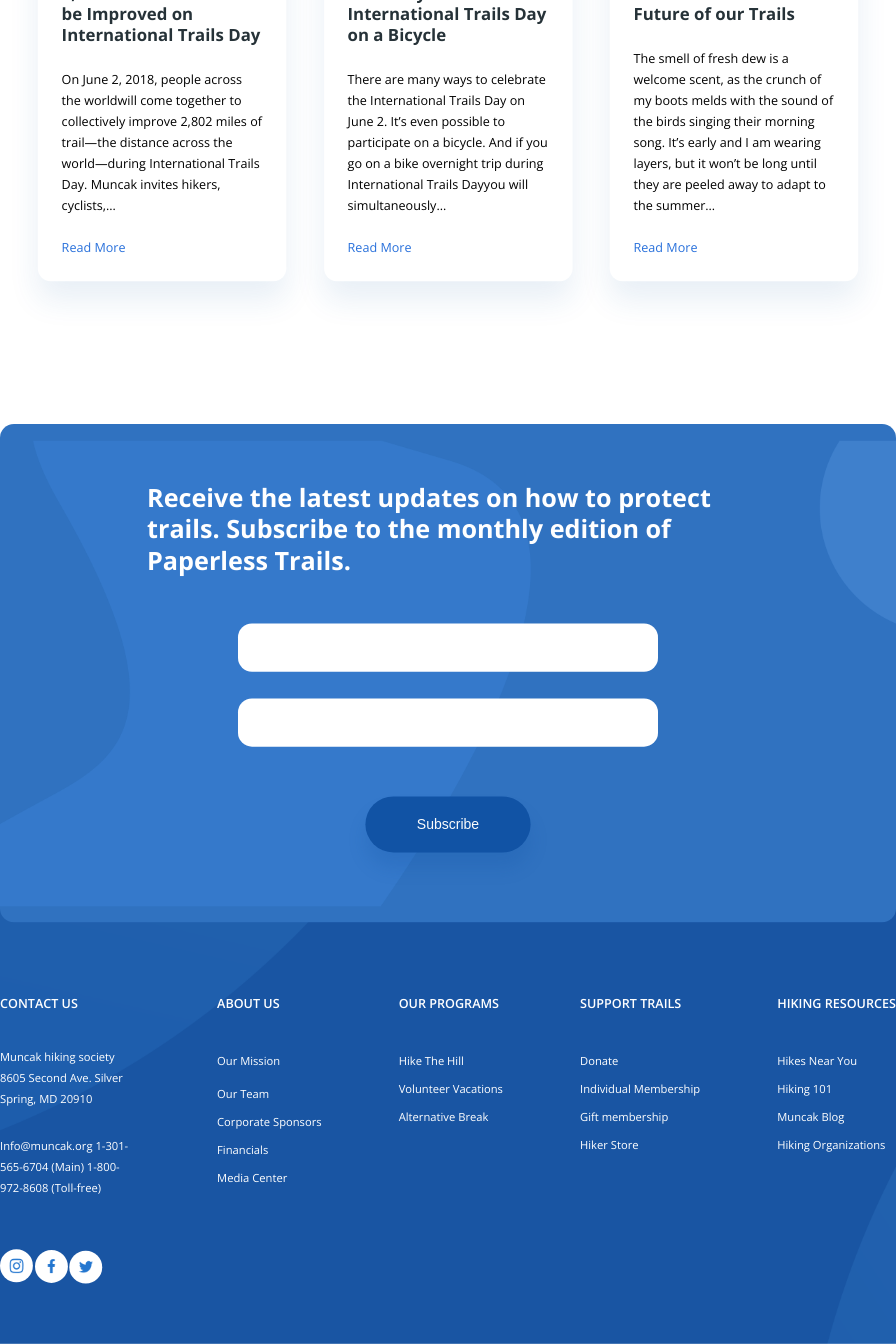
Repository: huubinh98/Project
Page: muncak/index.html
These files come from the project's save history. The page is drawn as it stood at one moment and after the next save; the edit follows.
The browser window is 1280 px wide. The pictures show the part of the page from y = 3904 to 5824 px (the page is 5824 px tall), at 70% of full size.
The pointer rests on the first visible `.btn-contact`.

Above is the page before, as saved 2021-08-28 23:59:01.

### muncak/index.html
<!DOCTYPE html>
<html lang="en">

<head>
    <meta charset="UTF-8">
    <meta http-equiv="X-UA-Compatible" content="IE=edge">
    <meta name="viewport" content="width=device-width, initial-scale=1.0">
    <link rel="stylesheet" href="./style.css">
    <link rel="preconnect" href="https://fonts.googleapis.com">
    <link rel="preconnect" href="https://fonts.gstatic.com" crossorigin>
    <link href="https://fonts.googleapis.com/css2?family=Open+Sans:wght@300;400;600;700&display=swap" rel="stylesheet">
    <title>Muncak</title>
</head>

<body>
    <header class="header">
        <div class="container header-nav">
            <h1 class="logo"><a href="" class="logo-link"><img src="./image/Muncak.png" alt="" class="logo-img"></a>
            </h1>
            <ul class="nav-list">
                <li class="nav-item">
                    <a href="" class="nav-item-link">Home</a>
                </li>
                <li class="nav-item">
                    <a href="" class="nav-item-link">Go Hiking</a>
                </li>
                <li class="nav-item">
                    <a href="" class="nav-item-link">About</a>
                </li>
                <li class="nav-item">
                    <a href="" class="nav-item-link nav-highlight">Login</a>
                </li>
            </ul>
        </div>
        <div class="container-small">
            <h1 class="heading-banner">Lets get the top of Moutain</h1>
            <p class="heading-desc">Here is the hiking information you need to decide
                if it is right for you, and to make it more interesting,
                enjoyable, and safe.</p>
            <a href="#" class="btn c"> Get Started</a>
        </div>
    </header>
    <section class="about">
        <div class="container-small about-wrap">
            <h2 class="heading-name hearding-name-about">We envision a world where everyone
                has permanent access to a hiking trail</h2>
            <div class="about-item">
                <img src="./image/loa.png" alt="loa" class="about-img">
                <div class="about-content">
                    <h4 class="about-content-heading">Advocate</h4>
                    <p class="about-content-desc">We work with Congress, Federal agencies, and partners on policy issues
                        and legislation to ensure funding for trails, preservation of natural areas, and protection of
                        the hiking experience.</p>
                </div>
            </div>
            <div class="about-item">
                <img src="./image/bantay.png" alt="loa" class="about-img">
                <div class="about-content">
                    <h4 class="about-content-heading">Volunteer </h4>
                    <p class="about-content-desc">Trails don't maintain themselves. Individuals of any age and
                        experience level can become trail stewards. Give back to the trails you love, meet new people,
                        and enjoy the experience!</p>
                </div>
            </div>
            <div class="about-item">
                <img src="./image/nui.png" alt="loa" class="about-img">
                <div class="about-content">
                    <h4 class="about-content-heading">Explore</h4>
                    <p class="about-content-desc">Feel confident when you set out on your next trail adventure. Check
                        out our free hiking resources like tips for hiking with families, gear checklists, finding the
                        best trail for you.</p>
                </div>
            </div>
            <a href="" class="btn btn-about">Lean more</a>
        </div>
        <div class="container-small about-customer">
            <h2 class="heading-name">With the support of our members, and partners, we've improved trail access for millions of people</h2>
            <div class="customer-content">
                <p class="customer-text">We’ve Mobilized <span>558,768</span> Trail Volunteers</p>
                <p class="customer-text">We’ve Facilitated <span>41,146</span>
                    Miles of Trail Maintenance & Construction</p>
                <p class="customer-text">Volunteers Have Contributed <span>$108 Milion</span> in Volunteer Labor</p>
            </div>
        </div>
    </section>

    <!-- -----------new--------------- -->
    <section class="new">
        <div class="container-small">
            <h2 class="heading-name">Protecting Trails: Current News and Issues</h2>
            <div class="new-content">
                <div class="new-item">
                    <a href="#" class="new-item-picture">
                        <img src="./image/pic1.jpg" alt="pic1" class="new-item-img">
                    </a>
                    <div class="new-item-text">
                        <h3 class="new-item-name">2,802 Miles of Trail to be Improved on International Trails Day</h3>
                        <p class="new-item-desc">On June 2, 2018, people across the worldwill come together to
                            collectively improve 2,802 miles of trail—the distance across the world—during International
                            Trails Day. Muncak invites hikers, cyclists,…</p>
                        <a href="#" class="new-item-link">Read More</a>
                    </div>
                </div>
                <div class="new-item">
                    <a href="#" class="new-item-picture">
                        <img src="./image/pic2.jpg" alt="pic1" class="new-item-img">
                    </a>
                    <div class="new-item-text">
                        <h3 class="new-item-name">Four Ways to Celebrate International Trails Day on a Bicycle</h3>
                        <p class="new-item-desc">There are many ways to celebrate the International Trails Day on June 2. It’s even possible to participate on a bicycle. And if you go on a bike overnight trip during International Trails Dayyou will simultaneously…</p>
                        <a href="#" class="new-item-link">Read More</a>
                    </div>
                </div>
                <div class="new-item">
                    <a href="#" class="new-item-picture">
                        <img src="./image/pic3.jpg" alt="pic1" class="new-item-img">
                    </a>
                    <div class="new-item-text">
                        <h3 class="new-item-name">Millennials are the Future of our Trails</h3>
                        <p class="new-item-desc">The smell of fresh dew is a welcome scent, as the crunch of my boots melds with the sound of the birds singing their morning song. It’s early and I am wearing layers, but it won’t be long until they are peeled away to adapt to the summer…</p>
                        <a href="#" class="new-item-link">Read More</a>
                    </div>
                </div>
            </div>
        </div>
    </section>

    <div class="contact-footer">
        <div class="container form-contact">
            <h5 class="contact-heading">Receive the latest updates on how to protect trails.
                Subscribe to the monthly edition of Paperless Trails.</h5>
            <form action="">
                <input type="text" name="Name" id="" class="form-input">
                <input type="text" name="Email" id="" class="form-input">
                <button type="submit" class="btn btn-contact">Subscribe</button>
            </form>
        </div>
        <footer class="footer container">
            <div class="footer-info">
                <div class="footer-item">
                    <h4 class="footer-item-name">Contact US</h4>
                    <p class="footer-item-desc footer-desc-width">Muncak hiking society
                        8605 Second Ave.
                        Silver Spring, MD 20910</p>
                    <p class="footer-item-desc footer-desc-width">
                        <span>Info@muncak.org</span>
                        <span>1-301-565-6704 (Main)</span>
                        <span>1-800-972-8608 (Toll-free)</span>
                    </p>
                </div>
                <div class="footer-item">
                    <h4 class="footer-item-name">About us</h4>
                    <ul class="footer-item-list">
                        <li class="footer-item-contact">
                            <a href="" class="footer-item-desc">Our Mission</a>
                        </li>
                        <li>
                            <a href="" class="footer-item-desc">Our Team</a>
                        </li>
                        <li>
                            <a href="" class="footer-item-desc">Corporate Sponsors</a>
                        </li>
                        <li>
                            <a href="" class="footer-item-desc">Financials</a>
                        </li>
                        <li>
                            <a href="" class="footer-item-desc">Media Center</a>
                        </li>
                    </ul>
                </div>
                <div class="footer-item">
                    <h4 class="footer-item-name">Our Programs</h4>
                    <ul>
                        <li>
                            <a href="" class="footer-item-desc">Hike The Hill</a>
                        </li>
                        <li>
                            <a href="" class="footer-item-desc">Volunteer Vacations</a>
                        </li>
                        <li>
                            <a href="" class="footer-item-desc">Alternative Break</a>
                        </li>
                    </ul>
                </div>
                <div class="footer-item">
                    <h4 class="footer-item-name">support trails</h4>
                    <ul>
                        <li>
                            <a href="" class="footer-item-desc">Donate</a>
                        </li>
                        <li>
                            <a href="" class="footer-item-desc">Individual Membership</a>
                        </li>
                        <li>
                            <a href="" class="footer-item-desc">Gift membership</a>
                        </li>
                        <li>
                            <a href="" class="footer-item-desc">Hiker Store</a>
                        </li>
                    </ul>
                </div>
                <div class="footer-item">
                    <h4 class="footer-item-name">hiking resources</h4>
                    <ul>
                        <li>
                            <a href="" class="footer-item-desc">Hikes Near You</a>
                        </li>
                        <li>
                            <a href="" class="footer-item-desc">Hiking 101</a>
                        </li>
                        <li>
                            <a href="" class="footer-item-desc">Muncak Blog</a>
                        </li>
                        <li>
                            <a href="" class="footer-item-desc">Hiking Organizations</a>
                        </li>
                    </ul>
                </div>
            </div>
            <ul class="socical">
                <li class="socical-item">
                    <a href="" class="socical-item-link">
                        <img src="./image/instar.png" alt="" class="socical-item-img">
                    </a>
                </li>
                <li class="socical-item">
                    <a href="" class="socical-item-link">
                        <img src="./image/facebook.png" alt="" class="socical-item-img">
                    </a>
                </li>
                <li class="socical-item">
                    <a href="" class="socical-item-link">
                        <img src="./image/tiwer.png" alt="" class="socical-item-img">
                    </a>
                </li>
            </ul>
        </footer>
    </div>
</body>

</html>

### muncak/style.css
* {
    margin: 0;
    padding: 0;
    box-sizing: border-box;
}

html {
    font-size: 62.5%;
    line-height: 1.6rem;
    font-family: 'Open Sans', sans-serif;
    scroll-behavior: smooth;
}

ul, li {
    list-style: none;
}

a {
    text-decoration: none;
}

.container {
    max-width: 1404px;
    width: 100%;
    margin: 0 auto;
}

.container-small {
    max-width: 1172px;
    width: 100%;
    margin: 0 auto;
}

.btn {
    font-size: 2rem;
    line-height: 8rem;
    color: #fbfcfc;
    background-color: #2870db;
    border-radius: 40px;
    display: inline-block;
    padding: 0 66px;
    box-shadow: 0 22px 24px rgba(17, 83, 165, 0.21);
    transition: 0.25s ease;
}

.heading-name {
    font-size: 3.6rem;
    line-height: 5rem;
    text-align: center;
    margin: 0 auto;
    color: #263238;
    margin-bottom: 101px;
    max-width: 1000px;
}

.btn:hover {
    background-color: #1153a5;
}

/* ----------------------- */

.header {
    margin: 0 auto;
    max-width: 1900px;
    height: 1026px;
    background-color: white;
    background-image: url(./image/backgroudleft1.png), url(./image/Muncak-Landing-Page.png);
    background-position: left bottom, right top;
    background-repeat: no-repeat, no-repeat;
}

.header-nav {
    display: flex;
    justify-content: space-between;
    padding-top: 85px;
}

.logo{

}
.logo-link{

}
.logo-img{

}
.nav-list{

}
.nav-item{
    display: inline-block;
}
.nav-item-link{
    font-size: 1.8rem;
    font-weight: 400;
    line-height: 3.6rem;
    color: #fff;
    padding: 0 36px;
    display: inline-block;
}

.nav-highlight {
    background-color: #fff;
    color: #14215e;
    border-radius: 14px;
}

.heading-banner {
    font-size: 5rem;
    line-height: 6rem;
    color: #1c2056;
    margin-top: 144px;
    max-width: 400px;
}

.heading-desc {
    font-size: 1.8rem;
    line-height: 4rem;
    color: rgba(45, 32, 88, 0.65);
    max-width: 400px;
    margin-top: 43px;
    margin-bottom: 103px;
}

.btn-heading {
    margin-bottom: 310px;
}


/* -----------about---------------- */
.about {
    margin-top: 158px;
    margin-bottom: 98px;
    background-image: url(./image/backgroudleft2.png), url(./image/Muncak-Landing-Page2.png);
    background-repeat: no-repeat, no-repeat;
    background-position: left bottom, right center;
}

.about-wrap {
    margin-bottom: 105px;
}

.hearding-name-about {
    max-width: 700px;
}

.about-item {
    max-width: 549px;
}

.about-item:nth-child(2n + 1) {
    margin-left: auto;
    margin-top: -150px;
}

.about-item:nth-child(2n + 2) {
    margin-top: -109px;
}

.about-item:first-of-type {
    margin-top: 0;
}

.about-img {
    display: block;
    margin: 0 auto;
    margin-bottom: 63px;
}

.about-content {
    padding: 72px;
    border-radius: 18px;
    background-color: #fff;
    box-shadow: 0 27px 43px rgb(32 94 171 / 10%);
}

.about-content-heading {
    font-size: 2.4rem;
    line-height: 3.6rem;
    color: #263238;
    padding-bottom: 48px;
}

.about-content-desc {
    font-size: 1.8rem;
    line-height: 3.6rem;
    color: #546e7a;
}

.btn-about {
    float: right;
    margin-right: 163px;
    margin-top: -226px;
}

/* -----------customer-------------- */

.about-custumer {
    margin-top: 105px;
}

.customer-content {
    display: flex;
    justify-content: space-between;
}

.customer-text {
    text-align: center;
    font-size: 2.2rem;
    line-height: 2.3rem;
    color: #263238;
}

.customer-text span {
    font-size: 3.6rem;
    display: block;
    color: #1a56a3;
    font-weight: 700;
    line-height: 3.4rem;
    padding: 34px 0;
}

/* --------New-------------- */

.new {
    padding-top: 98px;
    padding-bottom: 102px;
}

.new-content {
    display: flex;
    justify-content: space-between;
}

.new-item {
    border-radius: 18px;
    box-shadow: 0 27px 43px rgb(32 94 171 / 10%);
    max-width: 355px;
    overflow: hidden;
}

.new-item-img {
    height: 222px;
    object-fit: cover;
    width: 100%;
}

.new-item-text {
    padding: 34px;
}

.new-item-name {
    font-size: 2.4rem;
    line-height: 3rem;
    color: #263238;
    padding-bottom: 33px;
}

.new-item-desc {
    font-size: 1.8rem;
    line-height: 3rem;
    padding-bottom: 30px;
}

.new-item-link {
    font-size: 1.8rem;
    line-height: 3rem;
    color: #2870db;
}


/* -----------contact-footer------------ */
.contact-footer {
    padding-top: 102px;
    background: url(./image/backgroudfooter.png) no-repeat bottom;
}

.form-contact {
    padding: 82px 210px 100px;
    background-color: #3072c0;
    background-image: url(./image/backgroudcontact.png);
    background-repeat: no-repeat;
    background-position: left;
    border-radius: 20px;
}

.contact-heading {
    font-size: 3.6rem;
    line-height: 4.5rem;
    color: #fff;
    padding-bottom: 68px;
}

.form-input {
    display: block;
    max-width: 600px;
    width: 100%;
    margin: 0 auto;
    height: 69px;
    outline: none;
    border: navajowhite;
    margin-bottom: 38px;
    border-radius: 20px;
    font-size: 2.4rem;
    line-height: 3.6rem;
    padding: 0 37px;
    color: rgba(84, 110, 122, 0.6);
}

.btn-contact {
    height: 80px;
    padding: 0 74px;
    margin: 0 auto;
    display: block;
    line-height: 4rem;
    color: #fbfcfc;
    background-color: #00aeff;
    border: none;
    outline: none;
    border-radius: 40px;
    margin-top: 71px;
}

/* footer info */

.footer-info {
    display: flex;
    justify-content: space-between;
    margin-top: 97px;
}

.footer-item-name{
    font-size: 1.8rem;
    line-height: 3.6rem;
    color: #fff;
    font-weight: 600;
    padding-bottom: 44px;
    text-transform: uppercase;
}

.footer-item-contact {
    padding-bottom: 8px;
}

.footer-item-desc {
    font-size: 1.6rem;
    line-height: 4rem;
    color: #fff;
    padding-bottom: 4px;
}

.footer-item-desc.footer-desc-width {
    max-width: 200px;
    line-height: 3rem;
    padding-bottom: 37px;
}

.socical {
    padding-top: 36px;
    padding-bottom: 86px;
}

.socical-item {
    display: inline-block;
}

.socical-item-link {
    display: flex;
    width: 47px;
    height: 47px;
    background-color: #fff;
    border-radius: 50%;
}
.socical-item-img {
    margin: auto;
}

After the next save:
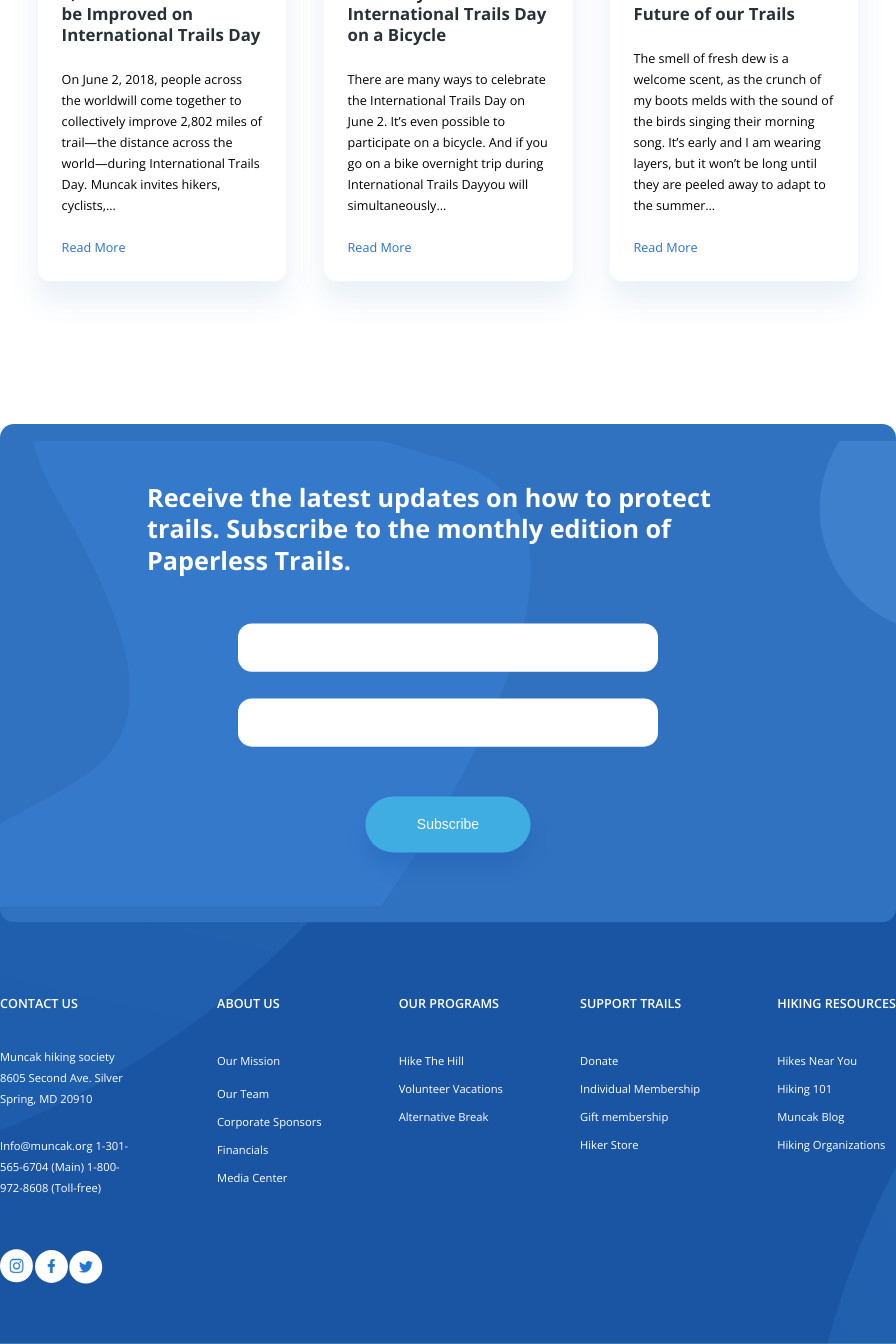
Saved 3 min 24 s later.
--- a/muncak/style.css
+++ b/muncak/style.css
@@ -321,6 +321,10 @@ a {
     margin-top: 71px;
 }
 
+.btn-contact:hover {
+    background-color: #3fade1;
+}
+
 /* footer info */
 
 .footer-info {
